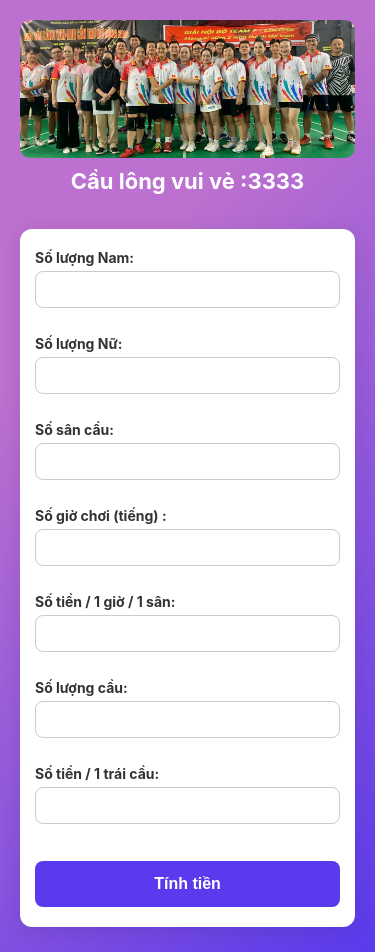
Repository: LuongPTCE181311/Badminton
Page: index.html
An editor plug-in stored every save of this project. The page is shown before and after the next save, followed by the edit.
The browser window is 375 px wide. The pictures show the whole page.

Above is the page before, as saved 2025-12-08 00:52:22.

### index.html
<!DOCTYPE html>
<html lang="vi">

<head>
    <meta charset="UTF-8" />
    <meta name="viewport" content="width=device-width, initial-scale=1.0" />
    <title>Tính Tiền Sân Cầu Lông</title>
    <link rel="stylesheet" href="assets/css/style.css" />
</head>

<body>


    <div class="hero">
        <img src="assets/images/Caulongvuive.jpg" id="img" class="hero-img" alt="Group" />
        <h1 class="title">Cầu lông vui vẻ :3333</h1>
    </div>


    <div class="container">
        <form id="calcForm">


            <div class="form-group">
                <label>Số lượng Nam:</label>
                <input type="number" id="men" />
                <span class="error" id="men_err"></span>
            </div>


            <div class="form-group">
                <label>Số lượng Nữ:</label>
                <input type="number" id="women" />
                <span class="error" id="women_err"></span>
            </div>


            <div class="form-group">
                <label>Số sân cầu:</label>
                <input type="number" id="courts" />
                <span class="error" id="courts_err"></span>
            </div>


            <div class="form-group">
                <label>Số giờ chơi (tiếng) :</label>
                <input type="number" id="hours" />
                <span class="error" id="hours_err"></span>
            </div>


            <div class="form-group">
                <label>Số tiền / 1 giờ / 1 sân:</label>
                <input type="number" id="pricePerHour" />
                <span class="error" id="pricePerHour_err"></span>
            </div>


            <div class="form-group">
                <label>Số lượng cầu:</label>
                <input type="number" id="shuttleCount" />
                <span class="error" id="shuttleCount_err"></span>
            </div>


            <div class="form-group">
                <label>Số tiền / 1 trái cầu:</label>
                <input type="number" id="pricePerShuttle" />
                <span class="error" id="pricePerShuttle_err"></span>
            </div>


            <button type="button" id="calculateBtn" class="btn">Tính tiền</button>
        </form>
    </div>


    <div id="resultModal" class="modal hidden">
        <div class="modal-content">
            <h2>Kết Quả Tính Tiền</h2>
            <div id="result"></div>
            <button id="closeModal" class="close-btn">Đóng</button>
        </div>
    </div>


    <script src="assets/js/main.js"></script>
</body>

</html>

### assets/css/style.css
* {
  box-sizing: border-box;
}

body {
  margin: 0;
  padding: 10px;
  font-family: -apple-system, BlinkMacSystemFont, "Segoe UI", Roboto,
    "Helvetica Neue", Arial, sans-serif;
  background: linear-gradient(135deg, #bc70cf 30%, #5a3aec 100%);
  min-height: 100vh;
}

.hero {
  text-align: center;
  padding-top: 20px;
  max-width: 100%;
  overflow: hidden;
}

.hero-img {
  width: 100%;
  max-width: 400px;
  height: auto;
  display: block;
  margin: 0 auto 15px auto;
  border-radius: 10px;
  object-fit: cover;
}

.close-btn {
  padding: 12px;
  font-size: 15px;
  border-radius: 10px;
  width: 100%;
  margin-top: 3%;
  background-color: #bd5ad6;
  border: none;
  outline: none;
  color: white;
}

.title {
  font-size: clamp(24px, 5vw, 30px);
  font-weight: bold;
  color: white;
  margin: 10px 0;
  text-shadow: 2px 2px 4px rgba(0, 0, 0, 0 3);
  padding: 0 15px;
}

.container {
  width: calc(100% - 20px);
  max-width: 450px;
  margin: 25px auto;
  background-color: white;
  padding: 25px;
  border-radius: 15px;
  box-shadow: 0 4px 20px rgba(0, 0, 0, 0.1);
}

label {
  font-weight: 700;
  display: block;
  margin-bottom: 5px;
  font-size: 15px;
  color: #333;
}

input {
  width: 100%;
  padding: 8px 8px;
  background: rgba(255, 255, 255, 0.6) !important;
  border-radius: 8px;
  border: 1px solid #ccc;
  transition: 0.3s;
  -webkit-appearance: none;
  appearance: none;
}

input:focus {
  outline: none;
  border-color: #1e88e5;
  box-shadow: 0 0 0 3px rgba(30, 136, 229, 0.1);
}

input.error-border {
  border-color: #e53935 !important;
}

.error {
  font-size: 12px;
  color: #d84747;
  font-weight: 600;
  display: block;
  margin-top: 5px;
  min-height: 18px;
}

.btn {
  width: 100%;
  padding: 14px;
  background: #5a3aec;
  color: white;
  font-size: 17px;
  font-weight: 600;
  border: none;
  border-radius: 8px;
  cursor: pointer;
  transition: background 0.3s, transform 0.1s;
  margin-top: 10px;
}

.btn:hover {
  background: #3c22b3;
}

.btn:active {
  transform: scale(0.98);
}

.modal {
  position: fixed;
  inset: 0;
  background: rgba(0, 0, 0, 0.5);
  display: flex;
  justify-content: center;
  align-items: center;
  z-index: 1000;
  padding: 20px;
}

.hidden {
  display: none !important;
}

.modal-content {
  background: white;
  padding: 25px;
  width: calc(100% - 40px);
  max-width: 400px;
  border-radius: 15px;
  text-align: left;
  box-shadow: 0 4px 15px rgba(0, 0, 0, 0.2);
  max-height: 90vh;
  overflow-y: auto;
}

.modal-content h2 {
  margin-top: 0;
  margin-bottom: 20px;
  text-align: center;
  color: #333;
  font-size: clamp(20px, 4vw, 24px);
}

#result {
  line-height: 1.8;
  font-size: 14px;
  color: #555;
}

#result b {
  color: #333;
}

. close-btn {
  margin-top: 20px;
  background: #e53935;
  color: white;
  padding: 12px;
  width: 100%;
  border: none;
  border-radius: 8px;
  cursor: pointer;
  font-size: 16px;
  font-weight: 600;
  transition: background 0.3s, transform 0.1s;
}

.close-btn:hover {
  background: #d32f2f;
}

. close-btn:active {
  transform: scale(0.98);
}

/* Tablet devices */
@media screen and (max-width: 768px) {
  body {
    padding: 10px;
  }

  . container {
    width: calc(100% - 20px);
    margin: 20px auto;
    padding: 20px;
  }

  . hero {
    padding: 15px 0;
  }

  .hero-img {
    max-width: 350px;
  }
}

/* Mobile devices */
@media screen and (max-width: 480px) {
  body {
    padding: 10px;
  }

  .container {
    width: calc(100% - 20px);
    margin: 15px auto;
    padding: 20px 15px;
    border-radius: 12px;
  }

  .hero {
    padding: 10px 0;
  }

  .hero-img {
    max-width: 100%;
    width: calc(100% - 20px);
    margin: 0 auto 10px auto;
  }

  .title {
    font-size: 22px;
    padding: 0 10px;
  }

  .form-group {
    margin-bottom: 12px;
  }

  .error {
    font-size: 12px;
    color: #d84747;
    font-weight: 600;
    display: block;
    margin-top: 5px;
    min-height: 10px;
  }

  label {
    font-size: 14px;
  }

  input {
    width: 100%;
    padding: 10px;
    background: rgba(255, 255, 255, 0.6) !important;
    border-radius: 8px;
    border: 1px solid #ccc;
    transition: 0.3s;
    -webkit-appearance: none;
    appearance: none;
  }

  .btn {
    padding: 14px;
    font-size: 16px;
  }

  . modal {
    padding: 15px;
  }

  .modal-content {
    width: calc(100% - 30px);
    padding: 20px;
    border-radius: 12px;
  }

  .modal-content h2 {
    font-size: 20px;
    margin-bottom: 15px;
  }

  #result {
    font-size: 13px;
    line-height: 1.7;
  }

  .close-btn {
    padding: 12px;
    font-size: 15px;
    border-radius: 10px;
    width: 100%;
    margin-top: 3%;
    background-color: #bd5ad6;
    border: none;
    outline: none;
    color: white;
  }
}

/* Very small mobile devices */
@media screen and (max-width: 360px) {
  body {
    padding: 8px;
  }

  . container {
    width: calc(100% - 16px);
    padding: 15px 12px;
  }

  . title {
    font-size: 22px;
  }

  . hero-img {
    width: calc(100% - 16px);
  }

  input {
    width: 100%;
    padding: 12px;
    background: rgba(255, 255, 255, 0.6) !important;
    border-radius: 8px;
    border: 1px solid #ccc;
    transition: 0.3s;
    -webkit-appearance: none;
    appearance: none;
  }

  .btn {
    padding: 12px;
    font-size: 15px;
  }

  .modal-content {
    width: calc(100% - 24px);
    padding: 15px;
  }

  #result {
    font-size: 12px;
  }
}

/* Landscape orientation on mobile */
@media screen and (max-height: 600px) and (orientation: landscape) {
  body {
    padding: 5px;
  }

  . hero {
    padding: 5px 0;
  }

  .hero-img {
    max-width: 200px;
    max-height: 120px;
    margin-bottom: 5px;
  }

  .title {
    font-size: 18px;
    margin: 5px 0;
  }

  .container {
    margin: 10px auto;
    width: calc(100% - 10px);
    max-width: 600px;
  }

  . modal-content {
    max-height: 85vh;
  }
}

### assets/js/main.js
// ===================== VALIDATION =========================

function setError(id, message) {
  const input = document.getElementById(id);
  const err = document.getElementById(id + "_err");
  err.textContent = message;
  input.classList.add("error-border");
}

function clearError(id) {
  const input = document.getElementById(id);
  const err = document.getElementById(id + "_err");
  err.textContent = "";
  input.classList.remove("error-border");
}

function validateField(id) {
  const value = document.getElementById(id).value.trim();

  switch (id) {
    case "men":
    case "women":
      if (value === "" || isNaN(value) || parseInt(value) < 0) {
        setError(id, "Giá trị phải ≥ 0");
        return false;
      }
      const men = parseInt(document.getElementById("men").value) || 0;
      const women = parseInt(document.getElementById("women").value) || 0;
      if (men === 0 && women === 0) {
        setError(id, "Nam + Nữ phải ≥ 1");
        return false;
      }
      break;

    case "courts":
      if (value === "" || isNaN(value) || parseInt(value) <= 0) {
        setError(id, "Số sân phải > 0");
        return false;
      }
      break;

    case "hours":
      if (value === "" || isNaN(value) || parseFloat(value) <= 0) {
        setError(id, "Số giờ phải > 0 (cho phép thập phân)");
        return false;
      }
      break;

    case "pricePerHour":
      if (value === "" || isNaN(value) || parseInt(value) < 1000) {
        setError(id, "Tiền / giờ phải ≥ 1000đ");
        return false;
      }
      break;

    case "shuttleCount":
      if (value === "" || isNaN(value) || parseInt(value) <= 0) {
        setError(id, "Số lượng cầu phải > 0");
        return false;
      }
      break;

    case "pricePerShuttle":
      if (value === "" || isNaN(value) || parseInt(value) < 1000) {
        setError(id, "Tiền 1 trái cầu phải ≥ 1000đ");
        return false;
      }
      break;
  }

  clearError(id);
  return true;
}

[
  "men",
  "women",
  "courts",
  "hours",
  "pricePerHour",
  "shuttleCount",
  "pricePerShuttle",
].forEach((id) => {
  document.getElementById(id).addEventListener("input", () => {
    validateField(id);
    if (id === "men" || id === "women") {
      const otherId = id === "men" ? "women" : "men";
      validateField(otherId);
    }
  });
});

// ===================== MODAL =========================

function closeModal() {
  document.getElementById("resultModal").classList.add("hidden");
}

function openModal() {
  document.getElementById("resultModal").classList.remove("hidden");
}

document.getElementById("closeModal").addEventListener("click", closeModal);

function roundUpToThousand(num) {
  return Math.ceil(num / 1000) * 1000;
}

// ===================== THUẬT TOÁN TỐI ƯU =========================

function findOptimalSplit(total, men, women) {
  let bestSolution = null;
  let minDifference = Infinity;
  for (let targetDiff = 3000; targetDiff <= 5000; targetDiff += 1000) {
    let perWoman = (total - targetDiff * men) / (men + women);
    let perMan = perWoman + targetDiff;
    perWoman = roundUpToThousand(perWoman);
    perMan = roundUpToThousand(perMan);
    while (perMan - perWoman < 3000) {
      perMan += 1000;
    }
    while (perMan - perWoman > 5000) {
      perWoman += 1000;
    }
    let actualTotal = perMan * men + perWoman * women;
    while (actualTotal < total) {
      const option1Woman = perWoman + 1000;
      const option1Total = perMan * men + option1Woman * women;
      if (perMan - option1Woman < 3000) {
        perMan += 1000;
      }
      perWoman = option1Woman;
      actualTotal = perMan * men + perWoman * women;
    }
    const genderDiff = perMan - perWoman;
    if (genderDiff < 3000 || genderDiff > 5000) {
      continue;
    }
    const difference = actualTotal - total;
    if (difference < minDifference) {
      minDifference = difference;
      bestSolution = {
        perMan: perMan,
        perWoman: perWoman,
        actualTotal: actualTotal,
        genderDiff: genderDiff,
      };
    }
  }

  return bestSolution;
}

// ===================== CALCULATE =========================

document.getElementById("calculateBtn").addEventListener("click", function () {
  let ok = true;
  const ids = [
    "men",
    "women",
    "courts",
    "hours",
    "pricePerHour",
    "shuttleCount",
    "pricePerShuttle",
  ];

  ids.forEach((id) => {
    if (!validateField(id)) ok = false;
  });

  if (!ok) return;

  const men = parseInt(document.getElementById("men").value) || 0;
  const women = parseInt(document.getElementById("women").value) || 0;
  const courts = parseInt(document.getElementById("courts").value);
  const hours = parseFloat(document.getElementById("hours").value);
  const pHour = parseInt(document.getElementById("pricePerHour").value);
  const scount = parseInt(document.getElementById("shuttleCount").value);
  const pShut = parseInt(document.getElementById("pricePerShuttle").value);

  const courtCost = courts * hours * pHour;
  const shuttleCost = scount * pShut;
  const total = courtCost + shuttleCost;

  let perMan = 0,
    perWoman = 0,
    actualTotal = 0;

  if (men > 0 && women > 0) {
    const solution = findOptimalSplit(total, men, women);
    perMan = solution.perMan;
    perWoman = solution.perWoman;
    actualTotal = solution.actualTotal;

    document.getElementById("result").innerHTML = `
        <b>Chi tiết chi phí:</b><br>
        • Tiền sân: ${courts} sân × ${hours}h × ${pHour.toLocaleString(
      "vi-VN"
    )}đ = ${courtCost.toLocaleString("vi-VN")} VND<br>
        • Tiền cầu: ${scount} cầu × ${pShut.toLocaleString(
      "vi-VN"
    )}đ = ${shuttleCost.toLocaleString("vi-VN")} VND<br><br>

        <b>Tổng dự kiến:</b> ${total.toLocaleString("vi-VN")} VND<br>
        <b>Tổng thực tế:</b> ${actualTotal.toLocaleString("vi-VN")} VND<br>
        <b>Chênh lệch tổng:</b> +${(actualTotal - total).toLocaleString(
          "vi-VN"
        )} VND<br><br>

        <b>Tiền mỗi nam:</b> <b>${perMan.toLocaleString(
          "vi-VN"
        )} đ </b>(x${men})<br>
        <b>Tiền mỗi nữ:</b> <b>${perWoman.toLocaleString(
          "vi-VN"
        )} đ </b>(x${women})<br><br>

        <b>Chênh lệch Nam/Nữ:</b> ${(perMan - perWoman).toLocaleString(
          "vi-VN"
        )} đ
    `;
  } else if (men > 0) {
    perMan = roundUpToThousand(total / men);
    actualTotal = perMan * men;

    document.getElementById("result").innerHTML = `
        <b>Chi tiết chi phí:</b><br>
        • Tiền sân: ${courts} sân × ${hours}h × ${pHour.toLocaleString(
      "vi-VN"
    )}đ = ${courtCost.toLocaleString("vi-VN")} VND<br>
        • Tiền cầu: ${scount} cầu × ${pShut.toLocaleString(
      "vi-VN"
    )}đ = ${shuttleCost.toLocaleString("vi-VN")} VND<br><br>

        <b>Tổng dự kiến:</b> ${total.toLocaleString("vi-VN")} VND<br>
        <b>Tổng thực tế:</b> ${actualTotal.toLocaleString("vi-VN")} VND<br>
        <b>Chênh lệch:</b> +${(actualTotal - total).toLocaleString(
          "vi-VN"
        )} VND<br><br>

        <b>Tiền mỗi nam:</b> <b> ${perMan.toLocaleString(
          "vi-VN"
        )} đ </b>(x${men})
    `;
  } else {
    perWoman = roundUpToThousand(total / women);
    actualTotal = perWoman * women;

    document.getElementById("result").innerHTML = `
        <b>Chi tiết chi phí:</b><br>
        • Tiền sân: ${courts} sân × ${hours}h × ${pHour.toLocaleString(
      "vi-VN"
    )}đ = ${courtCost.toLocaleString("vi-VN")} VND<br>
        • Tiền cầu: ${scount} cầu × ${pShut.toLocaleString(
      "vi-VN"
    )}đ = ${shuttleCost.toLocaleString("vi-VN")} VND<br><br>

        <b>Tổng dự kiến:</b> ${total.toLocaleString("vi-VN")} VND<br>
        <b>Tổng thực tế:</b> ${actualTotal.toLocaleString("vi-VN")} VND<br>
        <b>Chênh lệch:</b> +${(actualTotal - total).toLocaleString(
          "vi-VN"
        )} VND<br><br>

        <b>Tiền mỗi nữ:</b> <b>${perWoman.toLocaleString(
          "vi-VN"
        )} đ</b> (x${women})
    `;
  }

  openModal();
});

After the next save:
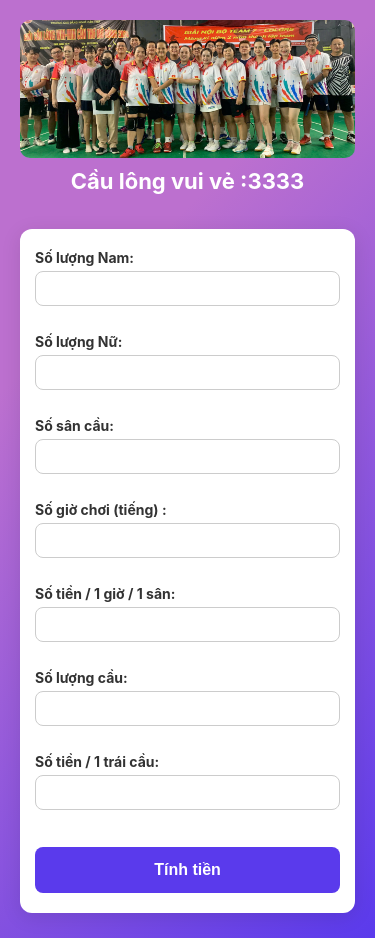
Saved 10 s later.
--- a/assets/css/style.css
+++ b/assets/css/style.css
@@ -254,7 +254,7 @@ input.error-border {
 
   input {
     width: 100%;
-    padding: 10px;
+    padding: 9px;
     background: rgba(255, 255, 255, 0.6) !important;
     border-radius: 8px;
     border: 1px solid #ccc;
